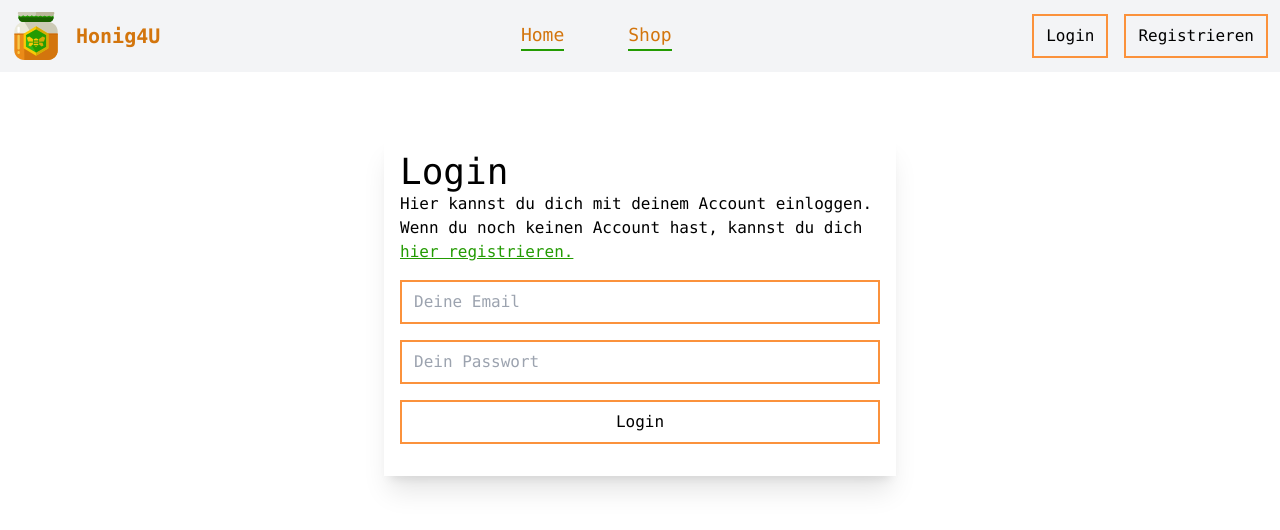
Repository: cainytheslave/PHPHonigShop
Page: http://localhost/login.php
These files come from the project's save history. The page is drawn as it stood at one moment and after the next save; the edit follows.
The browser window is 1280 px wide. The pictures show the whole page.
The page is run by PHP 8.4 with error messages shown; the project is at /var/www/html/. Style sheets and scripts are compiled from the project's sources, by tool versions that may differ from the author's.

Above is the page before, as saved 2022-03-11 01:55:35.

### login.php
<?php

session_start();

$einstellungen = require('core/einstellungen.php');

// Ziel nach Login speichern
if (isset($_GET['to'])) {
    $_SESSION['afterLoginDestination'] = $_GET['to'];
}

// Warenkorb initalisieren falls noch nicht getan
if (!isset($_SESSION['warenkorb'])) {
    $_SESSION['warenkorb'] = [];
}

if (isset($_POST['login'])) {
    if (isset($_POST['email']) && isset($_POST['password'])) {
        require('core/conn.php');
        $conn = getDatenbank();

        try {
            $stmt = $conn->prepare("SELECT * FROM Kunden WHERE email = '" . $_POST['email'] . "'");
            $stmt->execute();

            $result = $stmt->setFetchMode(PDO::FETCH_ASSOC);

            $users = $stmt->fetchAll();

            if (count($users) > 0) {
                foreach ($users as $user) {
                    if (password_verify($_POST['password'], $user['password'])) {

                        $_SESSION['user'] = [
                            'id' => $user['id'],
                            'vorname' => $user['vorname'],
                            'nachname' => $user['nachname'],
                            'email' => $user['email']
                        ];

                        header('Location: shop.php');
                    } else {
                        $errors = ['Die Email Adresse wurde gefunden, das Passwort ist leider falsch.'];
                    }
                }
            } else {
                $errors = ['Kein Benutzer mit dieser Email Adresse gefunden.'];
            }
        } catch (PDOException $e) {
            $errors = [$e->getMessage()];
        }
    } else {
        $errors = ['Bitte fülle alle Felder aus.'];
    }
}

?>

<!DOCTYPE html>
<html lang="en">

<head>
    <meta charset="UTF-8">
    <meta http-equiv="X-UA-Compatible" content="IE=edge">
    <meta name="viewport" content="width=device-width, initial-scale=1.0">
    <title><?= $einstellungen['firma'] ?> Login</title>

    <?php include('includes/head.inc.php') ?>
</head>

<body class="font-mono">

    <?php include('includes/header.inc.php') ?>

    <main class="flex flex-col gap-16 py-16 mx-auto max-w-7xl">

        <!-- Fehlermeldungen -->
        <?php if (isset($errors)) echo Komponente::alert(true, $errors) ?>

        <!-- Formular -->
        <section class="max-w-lg p-4 mx-auto bg-white shadow-xl">
            <h1 class="text-4xl">Login</h1>
            <p>Hier kannst du dich mit deinem Account einloggen. Wenn du noch keinen Account hast, kannst du dich <a class="underline text-honeygreen" href="registrierung.php">hier registrieren.</a></p>
            <form class="flex flex-col gap-4 py-4" method="POST" action="">
                <?= Komponente::input('email', 'Deine Email', 'email') ?>
                <?= Komponente::input('password', 'Dein Passwort', 'password') ?>
                <?= Komponente::button('Login', 'login') ?>
            </form>
        </section>

    </main>
</body>

</html>

### core/einstellungen.php
<?php

return [
    'firma' => 'Honig4U'
];

### includes/head.inc.php
<!-- Styling -->
<link rel="stylesheet" href="style.css">

<!-- AlpineJS (Javascript Framework für Mobiles Menu https://alpinejs.dev) -->
<script defer src="https://unpkg.com/alpinejs@3.x.x/dist/cdn.min.js"></script>

### includes/header.inc.php
<?php

require('core/Komponente.php');
$einstellungen = require('core/einstellungen.php');

?>

<!-- Header -->
<header class="w-full bg-gray-100" x-data="{open: false}">
    <!-- Desktop -->
    <div class="flex items-center justify-between px-3 py-3 mx-auto max-w-7xl">

        <!-- Logo -->
        <div class="flex items-center gap-4">
            <img src="images/logo.svg" class="w-12 h-12" alt="Logo">
            <p class="text-xl font-semibold text-honey"><?= $einstellungen['firma'] ?></p>
        </div>

        <!-- Mobile Menu -->
        <img @click="open = !open" src="images/menu.svg" class="block w-10 h-10 sm:hidden" alt="">

        <!-- Navigation-->
        <ul class="items-center hidden gap-16 sm:flex">
            <li class="text-lg border-b-2 border-honeygreen">
                <a href="index.php" class="text-honey">Home</a>
            </li>
            <li class="text-lg border-b-2 border-honeygreen">
                <a href="shop.php" class="text-honey">Shop</a>
            </li>
        </ul>

        <!-- Warenkorb / Login -->
        <div class="items-center hidden gap-4 sm:flex">
            <?php if (isset($_SESSION['user'])) : ?>

                <?= Komponente::link('<img src="images/basket.svg" class="w-10 h-10" alt="">', 'warenkorb.php') ?>

                <?= Komponente::link('<img src="images/logout.svg" class="w-10 h-10" alt="">', 'logout.php?to=login.php') ?>
            <?php else : ?>
                <?= Komponente::link('Login', 'login.php') ?>
                <?= Komponente::link('Registrieren', 'registrierung.php') ?>
            <?php endif; ?>
        </div>
    </div>

    <!-- -->
    <div class="flex flex-col gap-2 px-2 border-t-2 sm:hidden" x-show="open" style="display:none">
        <ul class="flex flex-col gap-2">
            <a href="index.php" class="text-honey">
                <li class="py-3 text-lg text-center border-2 rounded-md border-b-none border-honeygreen">
                    Home
                </li>
            </a>
            <a href="shop.php" class="text-honey">
                <li class="py-3 text-lg text-center border-2 rounded-md border-honeygreen">
                    Shop
                </li>
            </a>
        </ul>
        <div class="items-center gap-4">
            <?php if (isset($_SESSION['user'])) : ?>
                <a href="warenkorb.php" class="relative flex items-center gap-3" x-data="{open: false}" @click="open = !open">
                    <p>Warenkorb</p>
                    <img src="images/basket.svg" class="w-10 h-10" alt="">
                </a>
            <?php else : ?>
                <div class="flex gap-3">
                    <a href="login.php" class="flex items-center gap-2 px-2 py-1 font-semibold rounded-md text-honey grow ring-2 ring-honeygreen">
                        Login
                    </a>
                    <a href="registrierung.php" class="flex items-center gap-2 px-2 py-1 font-semibold text-white rounded-md grow ring-2 ring-honey bg-honeygreen">
                        Registrieren
                    </a>
                </div>

            <?php endif; ?>
        </div>
    </div>
</header>

### core/Komponente.php
<?php

class Komponente
{

    static function link($text = "", $href = "", $border = "orange")
    {
        $classes = "text-center px-3 py-2 border-2 hover:bg-gray-200 active:scale-95 hover:scale-105 border-$border-400";
        return "<a href='$href' class='$classes'>$text</a>";
    }

    static function button($text = "", $name = "", $border = "orange")
    {
        $classes = "text-center cursor-pointer px-3 py-2 border-2 hover:bg-gray-200 active:scale-95 hover:scale-105 border-$border-400";
        return "<input type='submit' name='$name' class='$classes' value='$text' />";
    }

    static function input($type = "text", $placeholder = '', $name = '', $required = 'true')
    {
        $classes = "grow text-left px-3 py-2 border-2 active:scale-95 border-orange-400";
        return "<input type='$type' name='$name' required='$required' class='$classes' placeholder='$placeholder' />";
    }

    static function alert($error = true, $data)
    {
        if (count($data) <= 0) return '';

        $str = '<section class="w-full p-4 mx-auto mt-4 bg-green-300 border-2 border-green-500 shadow-xl">';
        if ($error) $str = '<section class="w-full p-4 mx-auto mt-4 bg-red-300 border-2 border-red-500 shadow-xl">';

        foreach ($data as $entry) {
            $str .= '<p class="text-lg font-semibold">' . $entry . '</p>';
        }

        $str .= '</section>';

        return $str;
    }
}

### tailwind.config.js
module.exports = {
    content: [
        "./*.{html,js,php}",
        "./core/*.php",
        "./includes/*.php"
    ],
    theme: {
        extend: {
            colors: {
                honey: '#d3750d',
                honeylight: '#d3ab05',
                honeygreen: '#239b02'
            }
        },
    },
    safelist: [{
            pattern: /border-(orange|green|red)-400/,
        },
        {
            pattern: /border-(green|red)-500/
        },
        {
            pattern: /bg-(green|red)-300/
        },
        {
            pattern: /cursor-pointer/
        }

    ],
    plugins: [],
}

### images/logo.svg
<?xml version="1.0" encoding="iso-8859-1"?>
<!-- Generator: Adobe Illustrator 19.0.0, SVG Export Plug-In . SVG Version: 6.00 Build 0)  -->
<svg version="1.1" id="Layer_1" xmlns="http://www.w3.org/2000/svg" xmlns:xlink="http://www.w3.org/1999/xlink" x="0px" y="0px"
	 viewBox="0 0 496.8 496.8" style="enable-background:new 0 0 496.8 496.8;" xml:space="preserve">
<path style="fill:#EAE9DA;" d="M472.4,403.2c0,56-46.4,92.8-102.4,92.8H128.4c-56,0-104-44.8-104-92.8V204.8
	C24.4,149.6,70,104,125.2,104h245.6c56,0,100.8,45.6,100.8,100.8v198.4H472.4z"/>
<path style="fill:#CCCAB6;" d="M128.4,104H370c56,0,102.4,41.6,102.4,97.6v197.6c0,56-46.4,97.6-102.4,97.6"/>
<path style="fill:#EA8B18;" d="M24.4,224v174.4c0,56,46.4,97.6,102.4,97.6H370c56,0,102.4-41.6,102.4-97.6V224H24.4z"/>
<path style="fill:#D3750D;" d="M128.4,496H370c56,0,102.4-41.6,102.4-97.6v-172L126,224.8"/>
<path style="fill:#F7CA4D;" d="M80.4,376.8c0,6.4-5.6,12-12,12l0,0c-6.4,0-12-5.6-12-12V247.2c0-6.4,5.6-12,12-12l0,0
	c6.4,0,12,5.6,12,12V376.8z"/>
<path style="fill:#FFFFFF;" d="M80.4,201.6c0,6.4-5.6,12-12,12l0,0c-6.4,0-12-5.6-12-12v-38.4c0-5.6,5.6-11.2,12-11.2l0,0
	c6.4,0,12,5.6,12,12V201.6z"/>
<path style="fill:#F7CA4D;" d="M80.4,423.2c0,6.4-5.6,12-12,12l0,0c-6.4,0-12-5.6-12-12v-8c0-6.4,5.6-12,12-12l0,0
	c6.4,0,12,5.6,12,12V423.2z"/>
<path style="fill:#239B02;" d="M430.8,52c0,26.4-21.6,52-48,52H114c-26.4,0-48-25.6-48-52l0,0c0-26.4,21.6-52,48-52h268
	C409.2,0,430.8,25.6,430.8,52L430.8,52z"/>
<path style="fill:#1A6000;" d="M430.8,53.6L430.8,53.6c0,26.4-21.6,50.4-48,50.4H114c-26.4,0-48-22.4-48-48.8l0,0"/>
<path style="fill:#CCCAB6;" d="M437.2,12c0-8-6.4-12-13.6-12H73.2c-8,0-13.6,4-13.6,12c0,4.8,2.4,8,5.6,10.4
	c2.4,13.6,14.4,23.2,28,23.2c8.8,0,16.8-4.8,22.4-11.2c5.6,6.4,12.8,10.4,22.4,10.4c8.8,0,16.8-4,22.4-10.4
	c5.6,6.4,12.8,10.4,22.4,10.4c8.8,0,16.8-4,22.4-10.4c5.6,6.4,12.8,10.4,22.4,10.4s16.8-4,22.4-10.4c5.6,6.4,12.8,10.4,22.4,10.4
	c9.6,0,16.8-4,22.4-10.4c5.6,6.4,12.8,10.4,22.4,10.4c8.8,0,16.8-4,22.4-10.4c5.6,6.4,12.8,10.4,22.4,10.4c8.8,0,16.8-4,22.4-10.4
	c5.6,6.4,12.8,10.4,22.4,10.4c14.4,0,25.6-9.6,28-23.2C434.8,20,437.2,16.8,437.2,12z"/>
<path style="fill:#BAB699;" d="M423.6,0H248.4v35.2c0,0,0-0.8,0.8-0.8c5.6,6.4,12.8,10.4,21.6,10.4c8.8,0,16.8-4,22.4-10.4
	c5.6,6.4,12.8,10.4,22.4,10.4c8.8,0,16.8-4,22.4-10.4c5.6,6.4,12.8,10.4,22.4,10.4c8.8,0,16.8-4,22.4-10.4
	c5.6,6.4,12.8,10.4,22.4,10.4c14.4,0,25.6-10.4,28-24c3.2-2.4,5.6-4.8,5.6-9.6C437.2,4,430.8,0,423.6,0z"/>
<rect x="24.4" y="224" style="fill:#C65E00;" width="448" height="8"/>
<polygon style="fill:#F9CA06;" points="376.4,376 248.4,452 120.4,376 120.4,224 248.4,147.2 376.4,224 "/>
<polyline style="fill:#D3AB05;" points="248.4,147.2 376.4,224 376.4,376 248.4,452 "/>
<polygon style="fill:#34B515;" points="352.4,359.2 248.4,418.4 144.4,359.2 144.4,240.8 248.4,180.8 352.4,240.8 "/>
<polyline style="fill:#239B02;" points="144.4,240.8 249.2,180.8 352.4,240.8 352.4,359.2 248.4,418.4 "/>
<g>
	<polygon style="fill:#F9CA06;" points="224.4,328 224.4,339.2 226,344 270.8,344 272.4,339.2 272.4,328 	"/>
	<polygon style="fill:#F9CA06;" points="272.4,296 272.4,283.2 248.4,272 224.4,283.2 224.4,296 	"/>
</g>
<g>
	<rect x="224.4" y="304" style="fill:#D3AB05;" width="48" height="16"/>
	<polygon style="fill:#D3AB05;" points="236.4,352 248.4,363.2 260.4,352 	"/>
</g>
<g>
	<polygon style="fill:#F9CA06;" points="216.4,280 216.4,308.8 166.8,305.6 153.2,265.6 179.6,253.6 	"/>
	<polygon style="fill:#F9CA06;" points="216.4,336.8 216.4,316 180.4,318.4 170.8,347.2 190,356 	"/>
</g>
<g>
	<polygon style="fill:#D3AB05;" points="280.4,280 280.4,308.8 330,305.6 343.6,265.6 317.2,253.6 	"/>
	<polygon style="fill:#D3AB05;" points="280.4,336.8 280.4,316 316.4,318.4 326,347.2 306.8,356 	"/>
</g>
<g>
</g>
<g>
</g>
<g>
</g>
<g>
</g>
<g>
</g>
<g>
</g>
<g>
</g>
<g>
</g>
<g>
</g>
<g>
</g>
<g>
</g>
<g>
</g>
<g>
</g>
<g>
</g>
<g>
</g>
</svg>

### images/menu.svg
<svg width="512px" height="512px" viewBox="0 0 512 512" xmlns="http://www.w3.org/2000/svg"><path fill="#000" d="M32 96v64h448V96H32zm0 128v64h448v-64H32zm0 128v64h448v-64H32z"/></svg>

Loaded but not shown: tailwind.css (common file)

After the next save:
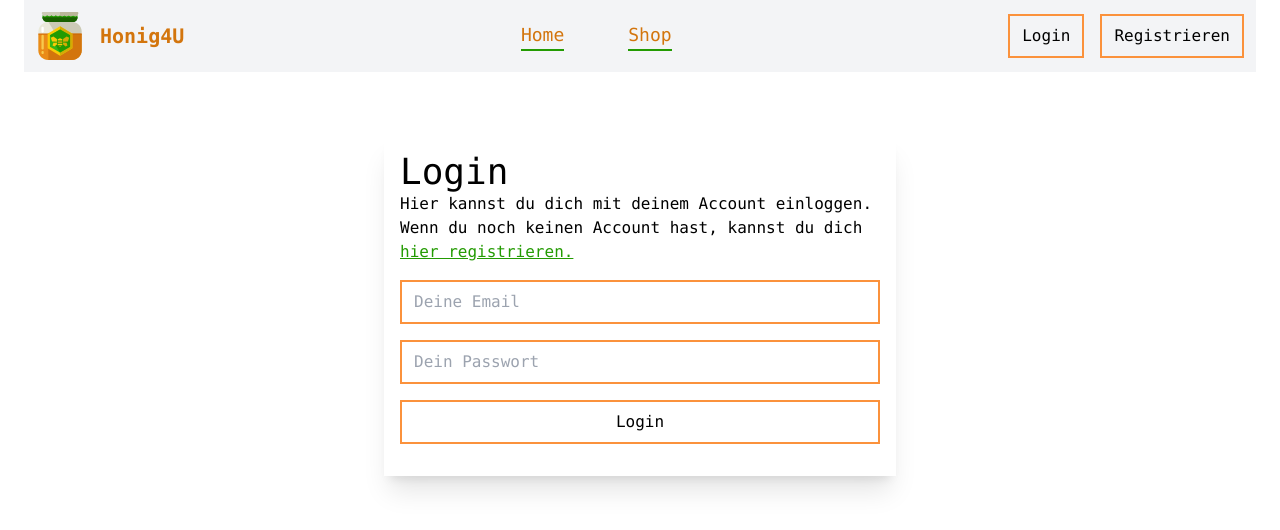
Saved 101 s later.
--- a/login.php
+++ b/login.php
@@ -68,7 +68,7 @@ if (isset($_POST['login'])) {
     <?php include('includes/head.inc.php') ?>
 </head>
 
-<body class="font-mono">
+<body class="px-6 font-mono">
 
     <?php include('includes/header.inc.php') ?>
 
